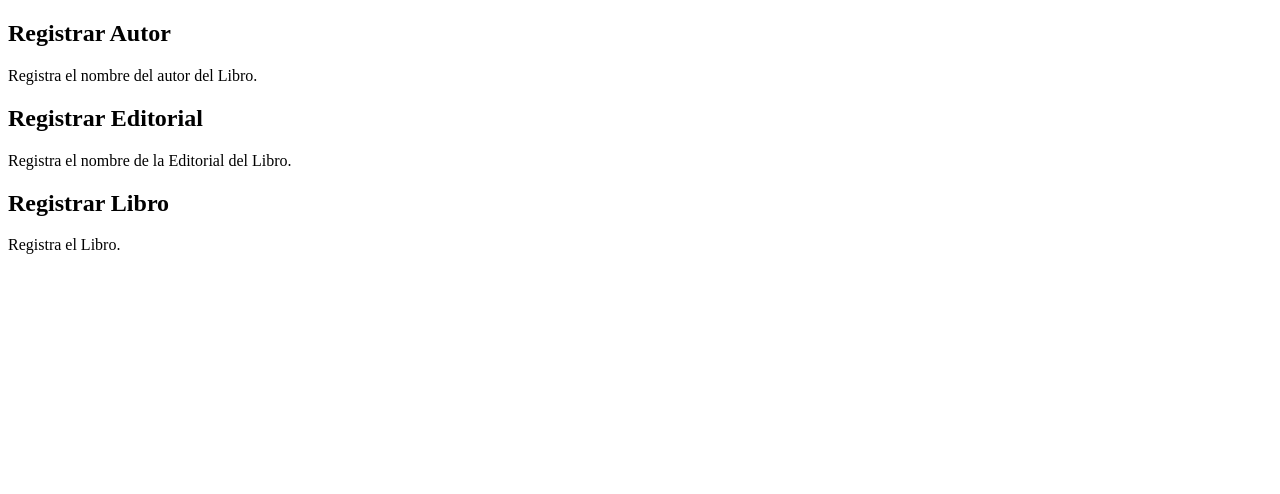
Repository: frnalonso/libreria
Page: src/main/resources/templates/registro.html
The author's editor kept a copy of each file at every save. The page is drawn from the files as they stood at one save, then again after the next save.
The browser window is 1280 px wide. The pictures show the whole page.

Above is the page before, as saved 2021-10-31 02:27:53.

After the next save:
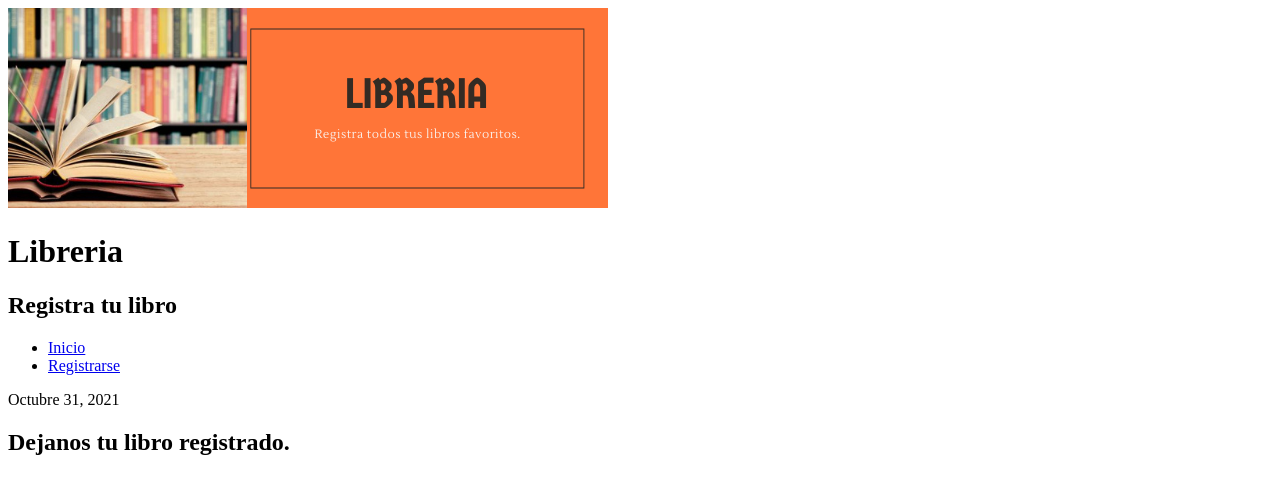
Saved 11 s later.
--- a/src/main/resources/templates/registro.html
+++ b/src/main/resources/templates/registro.html
@@ -4,18 +4,44 @@
     <meta charset="UTF-8">
     <meta http-equiv="X-UA-Compatible" content="IE=edge">
     <meta name="viewport" content="width=device-width, initial-scale=1.0">
-    <title>Registrar</title>
+    <title>Inicio</title>
+    <link rel="stylesheet" href="/src/main/resources/static/registrostyle.css">
 </head>
 <body>
 
-    <h2>Registrar Autor</h2>
-    <p>Registra el nombre del autor del Libro.</p>
 
-    <h2>Registrar Editorial</h2>
-    <p>Registra el nombre de la Editorial del Libro.</p>
+    <header>
+    <div id="banner">
+    <img src="/src/main/resources/static/images/banner_libreria.png" id="imgbanner">
+    </div>
 
-    <h2>Registrar Libro</h2>
-    <p>Registra el Libro.</p>
+    <hgroup>
+        <h1>Libreria</h1>
+        <h2>Registra tu libro</h2>
+    </hgroup>
+
+    </header>
+
+    <nav>
+        <ul>
+            <li><a href="index.html">Inicio</a></li>
+            <li><a href="registro.html">Registrarse</a></li>
+        </ul>
+    </nav>
+
+    <section class="articles">
+        <article>
+            <time datetime="2021-10-31">Octubre 31, 2021</time>
+            <h2>Dejanos tu libro registrado.</h2>
+
+            <div class="content">
+                <form action="">
+
+                </form>
+            </div>
+
+        </article>
+    </section>
 
 </body>
 </html>
